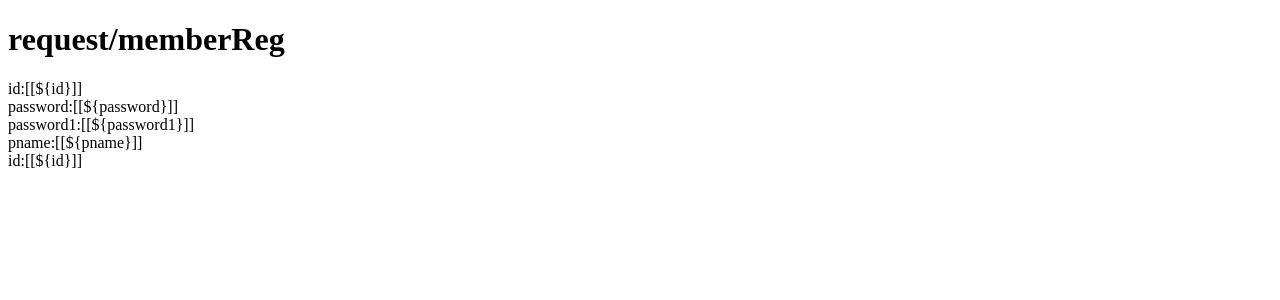
Repository: Yousehyeon/spring_work
Page: stsMvcProj/src/main/webapp/views/req/memberReg.html
These files come from the project's save history. The page is drawn as it stood at one moment and after the next save; the edit follows.
The browser window is 1280 px wide. The pictures show the whole page.

Above is the page before, as saved 2023-08-18 07:25:42.

### stsMvcProj/src/main/webapp/views/req/memberReg.html
<!DOCTYPE html>
<html xmlns:th="http://www.thymeleaf.org">
<head>
<meta charset="UTF-8">
<title>memberReg</title>
</head>
<body>
<h1>request/memberReg</h1>
id:[[${id}]]<br/>
password:[[${password}]]<br/>
password1:[[${password1}]]<br/>
pname:[[${pname}]]<br/>
id:[[${id}]]<br/>


</body>
</html>

After the next save:
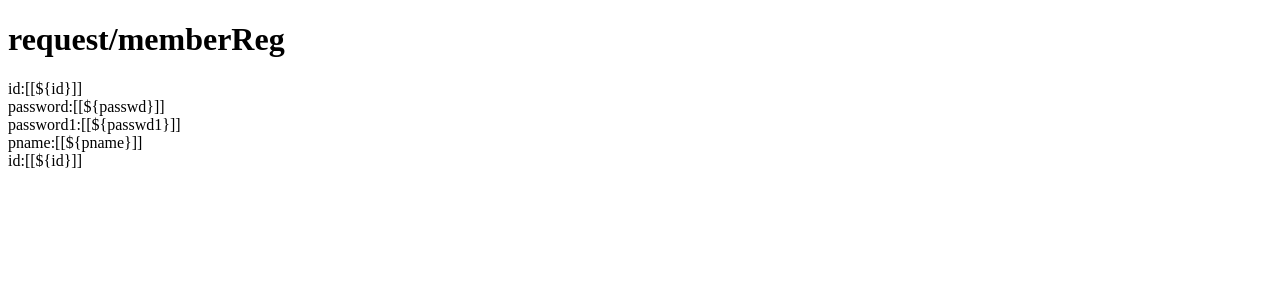
Saved 20 min 16 s later.
--- a/stsMvcProj/src/main/webapp/views/req/memberReg.html
+++ b/stsMvcProj/src/main/webapp/views/req/memberReg.html
@@ -7,8 +7,8 @@
 <body>
 <h1>request/memberReg</h1>
 id:[[${id}]]<br/>
-password:[[${password}]]<br/>
-password1:[[${password1}]]<br/>
+password:[[${passwd}]]<br/>
+password1:[[${passwd1}]]<br/>
 pname:[[${pname}]]<br/>
 id:[[${id}]]<br/>
 
